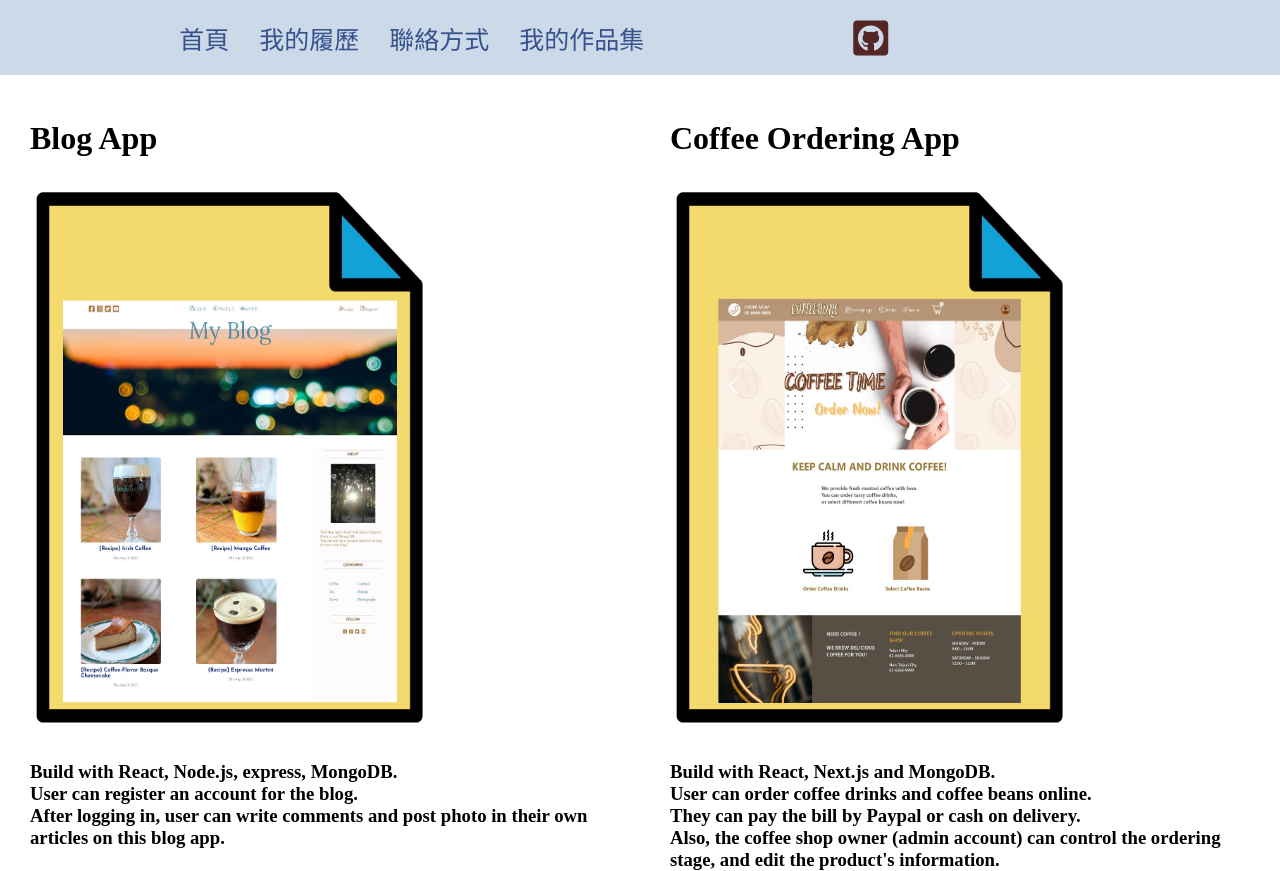
Repository: lcjyc/portfolio-website
Page: /portfolio
The author's editor kept a copy of each file at every save. The page is drawn from the files as they stood at one save, then again after the next save.
The browser window is 1280 px wide. The pictures show the whole page.
The project was rebuilt for these pictures with package versions that can differ from the ones it lists, and the page was loaded fresh each time. Also part of the build but not shown: src/pages/home/home.css, src/pages/home/Home.jsx, src/pages/resume/resume.css, src/pages/resume/Resume.jsx, src/pages/contact/contact.css, src/pages/contact/Contact.jsx.

Above is the page before, as saved 2022-08-21 12:06:24.

### public/index.html
<!DOCTYPE html>
<html lang="zh-tw">
  <head>
    <meta charset="utf-8" />
    <meta name="viewport" content="width=device-width, initial-scale=1" />
    <meta name="theme-color" content="#000000" />
    <meta
      name="description"
      content="Web site created using create-react-app"
    />
    <link
      href="https://fonts.googleapis.com/css2?family=Josefin+Sans:wght@100;200;300;400;500;600;700&family=Lora:ital@0;1&family=Varela&family=Varela+Round&display=swap"
      rel="stylesheet"
    />
    <link
      rel="stylesheet"
      href="https://cdnjs.cloudflare.com/ajax/libs/font-awesome/5.15.3/css/all.min.css"
      integrity="sha512-iBBXm8fW90+nuLcSKlbmrPcLa0OT92xO1BIsZ+ywDWZCvqsWgccV3gFoRBv0z+8dLJgyAHIhR35VZc2oM/gI1w=="
      crossorigin="anonymous"
    />
    <style>
      * {
        margin: 0;
      }
    </style>
    <style>
      .link {
        text-decoration: none;
        color: inherit;
      }
    </style>
    <title>Lesley Chen|Portfolio</title>
  </head>

  <body>
    <noscript>You need to enable JavaScript to run this app.</noscript>
    <div id="root"></div>
  </body>
</html>

### src/App.js
import TopBar from "./components/topbar/TopBar";
import Home from "./pages/home/Home";
import Resume from "./pages/resume/Resume";
import Contact from "./pages/contact/Contact";
import Portfolio from "./pages/portfolio/Portfolio";

import { BrowserRouter as Router, Routes, Route } from "react-router-dom";

function App() {
  return (
    <Router>
      <TopBar />
      <Routes>
        <Route path="/" element={<Home />} />
        <Route path="/resume" element={<Resume />} />
        <Route path="/contact" element={<Contact />} />
        <Route path="/portfolio" element={<Portfolio />} />
      </Routes>
    </Router>
  );
}

export default App;

### src/components/topbar/TopBar.jsx
import { Link } from "react-router-dom";
import "./topbar.css";

export default function TopBar() {
  return (
    <div className="top">
      <div className="topLeft">
        <ul className="topList">
          <li className="topListItem">
            <Link className="link" to="/">
              首頁
            </Link>
          </li>
          <li className="topListItem">
            <Link className="link" to="/resume">
              我的履歷
            </Link>
          </li>
          <li className="topListItem">
            <Link className="link" to="/contact">
              聯絡方式
            </Link>
          </li>
          <li className="topListItem">
            <Link className="link" to="/portfolio">
              我的作品集
            </Link>
          </li>
        </ul>
      </div>
      <div className="topRight">
        <a href="https://github.com/lcjyc/">
          <i className="topIcon fab fa-github-square"></i>
        </a>
      </div>
    </div>
  );
}

### src/pages/portfolio/Portfolio.jsx
import "./portfolio.css";
import blog from "../../images/blog.jpg";
import coffeeorder from "../../images/coffeeorder.jpg";

const portfolio = () => {
  return (
    <div className="portfolio">
      <div className="left">
        <a
          href="https://lesleyblog.herokuapp.com/"
          target="_blank"
          rel="noopener noreferrer"
          className="link"
        >
          <h1 className="app">Blog App</h1>
        </a>
        <img src={blog} alt="" className="img" />
        <div className="desc">
          <h3>
            Build with React, Node.js, express, MongoDB.
            <br />
            User can register an account for the blog.
            <br />
            After logging in, user can write comments and post photo in their
            own articles on this blog app.
            <br />
          </h3>
        </div>
      </div>
      <div className="right">
        <a
          href="https://coffee-ordering.vercel.app/"
          target="_blank"
          rel="noopener noreferrer"
          className="link"
        >
          <h1 className="app">Coffee Ordering App</h1>
        </a>
        <img src={coffeeorder} alt="" className="img" />
        <div className="desc">
          <h3>
            Build with React, Next.js and MongoDB.
            <br />
            User can order coffee drinks and coffee beans online.
            <br />
            They can pay the bill by Paypal or cash on delivery.
            <br />
            Also, the coffee shop owner (admin account) can control the ordering
            stage, and edit the product's information.
          </h3>
        </div>
      </div>
    </div>
  );
};

export default portfolio;

### src/components/topbar/topbar.css
.top {
  width: 100%;
  height: 6vh;
  background-color: rgb(154, 179, 210, 0.5);
  position: sticky;
  top: 0;
  padding: 1rem 0rem;
  display: flex;
  align-items: center;
  z-index: 999;
}

.topLeft {
  flex: 6;
  display: flex;
  align-items: center;
  justify-content: center;
}

.topRight {
  flex: 3;
  display: flex;
}

.topIcon {
  font-size: 40px;
  margin-right: 10px;
  color: rgb(83, 37, 37);
  cursor: pointer;
}

.topImg {
  width: 40px;
  height: 40px;
  border-radius: 50%;
  object-fit: cover;
  cursor: pointer;
}

.topList {
  display: flex;
  justify-content: center;
  margin: 0;
  padding: 0;
  list-style: none;
}

.topListItem {
  margin-right: 30px;
  font-size: 25px;
  color: rgb(55, 82, 141);
  cursor: pointer;
}

.topListItem :hover {
  color: white;
}

### src/pages/portfolio/portfolio.css
.portfolio {
  display: flex;
  height: 87vh;
  width: 100%;
  padding-top: 2vh;
}

.left,
.right {
  flex: 1;
  padding: 30px;
  align-items: center;
  justify-content: center;
}

.left > img {
  height: 600px;
  width: 400px;
}

.right > img {
  height: 600px;
  width: 400px;
}

Loaded but not shown: src/index.js (common file)

After the next save:
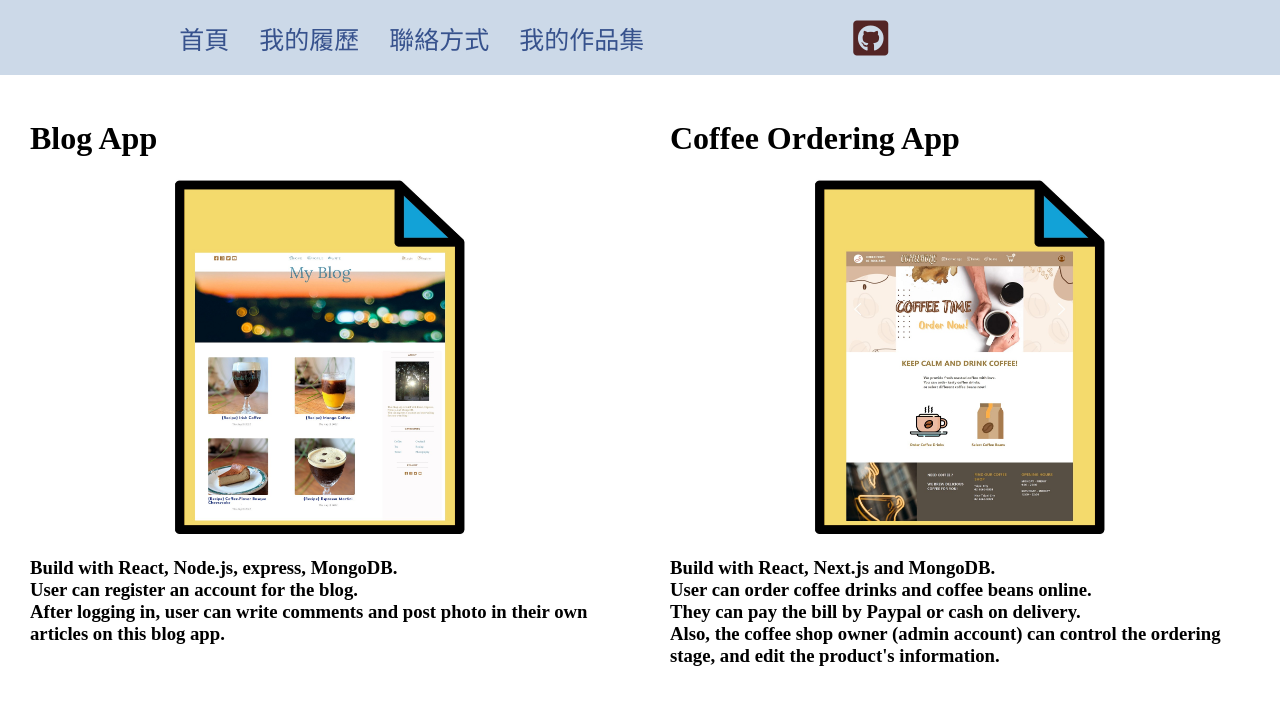
Saved 96 s later.
--- a/src/pages/portfolio/portfolio.css
+++ b/src/pages/portfolio/portfolio.css
@@ -14,11 +14,15 @@
 }
 
 .left > img {
-  height: 600px;
-  width: 400px;
+  height: 400px;
+  width: 300px;
+  display: block;
+  margin: auto;
 }
 
 .right > img {
-  height: 600px;
-  width: 400px;
+  height: 400px;
+  width: 300px;
+  display: block;
+  margin: auto;
 }
